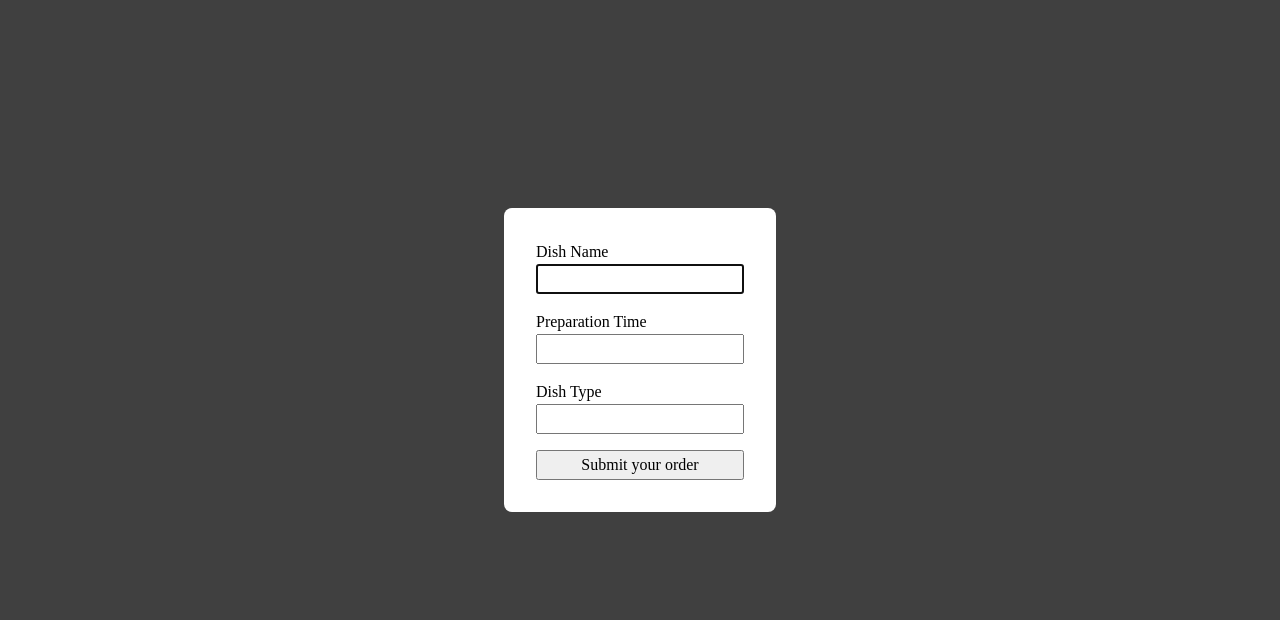
Repository: hjubsoni/hex-ocean-task
Page: /, after clicking the first element matching `button.order-button`
An editor plug-in stored every save of this project. The page is shown before and after the next save, followed by the edit.
The browser window is 1280 px wide. The pictures show the whole page.
The project was rebuilt for these pictures with package versions that can differ from the ones it lists, and the page was loaded fresh each time. Also part of the build but not shown: vite.config.ts.

Above is the page before, as saved 2023-03-21 22:28:54.

After the next save:
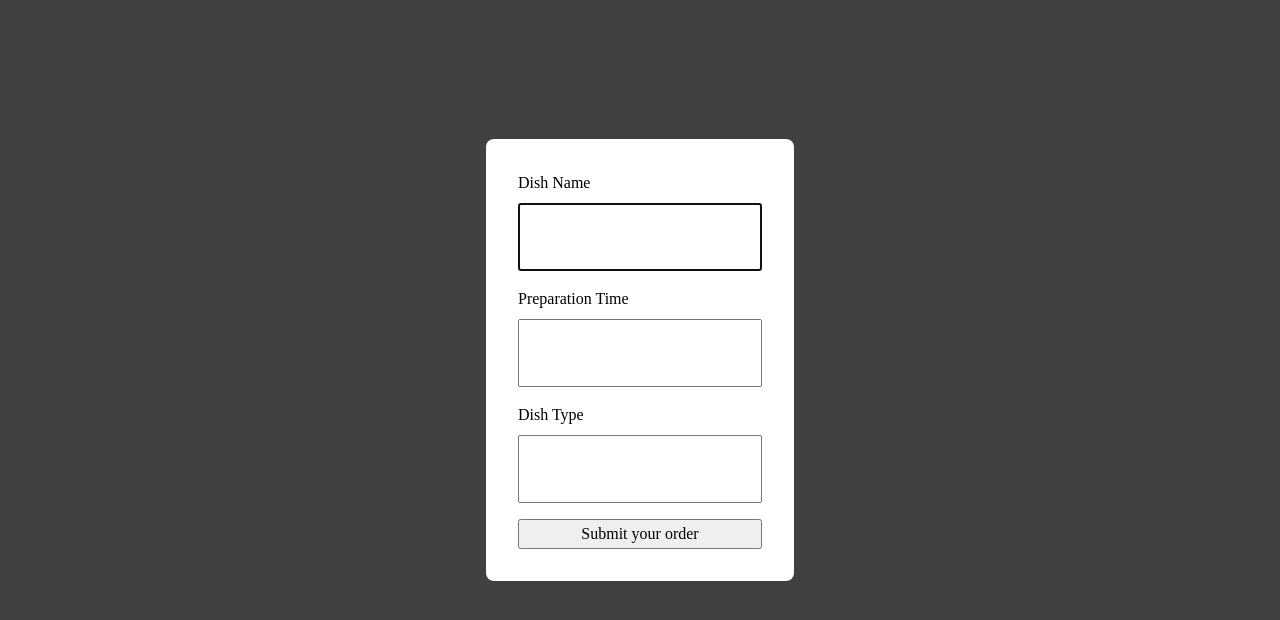
Saved 42 s later.
--- a/src/components/ModalForm/styles.css
+++ b/src/components/ModalForm/styles.css
@@ -29,4 +29,6 @@
 
 .form-input {
   display: block;
+  padding: 1.25rem;
+  margin-top: 0.5rem;
 }
